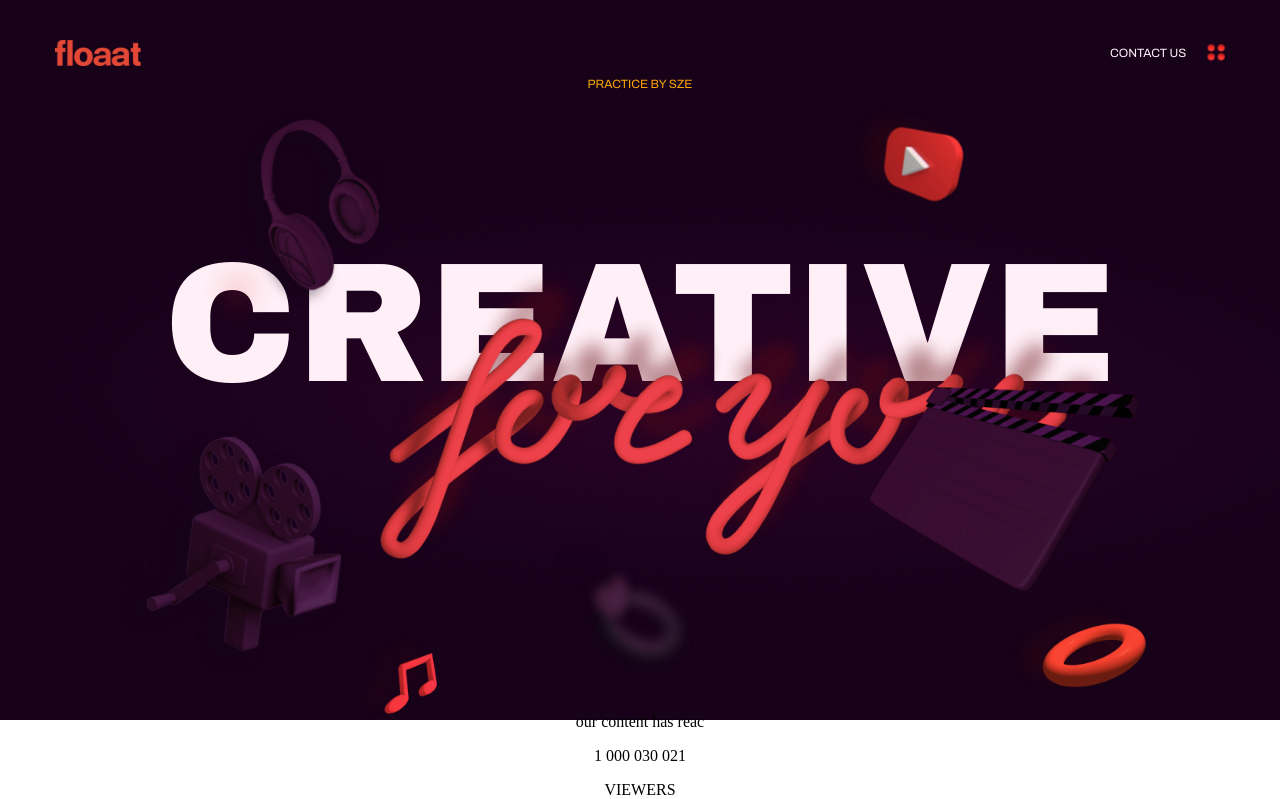
Repository: skydevil1604/next-page-no-adaptive
Page: app/index.html
These files come from the project's save history. The page is drawn as it stood at one moment and after the next save; the edit follows.
The browser window is 1280 px wide. The pictures show the whole page.
Some web libraries are served in a nearby version. The style sheet was rebuilt from its Sass, Less or Tailwind sources for each picture, by a compiler version that may differ from the author's.

Above is the page before, as saved 2020-01-03 04:08:55.

After the next save:
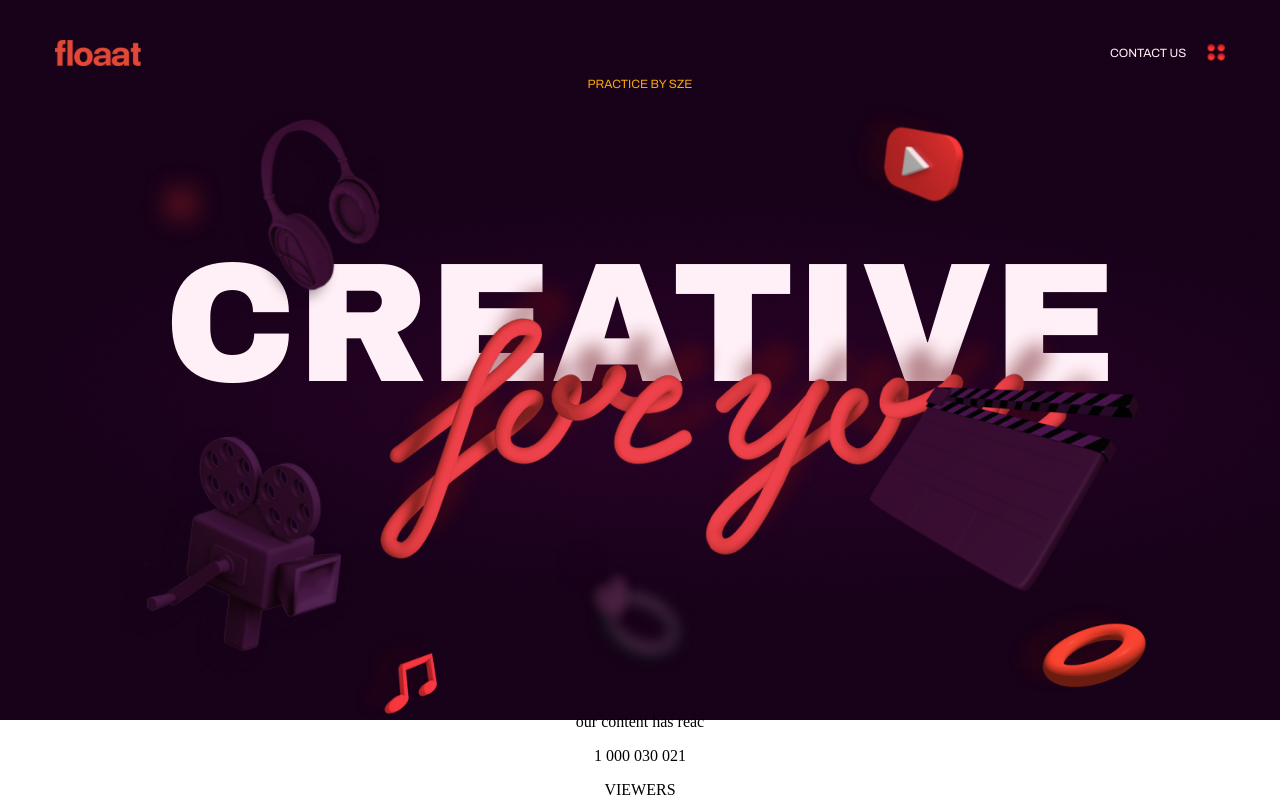
Saved 2 min 0 s later.
--- a/app/sass/main.scss
+++ b/app/sass/main.scss
@@ -209,9 +209,8 @@
         position: absolute;
         width: 22px;
         height: 22px;
-        left: 172px;
-        top: 202px;
-        opacity: 0.48;
+        left: 115px;
+        top: 115px;
         filter: blur(14px);
     }
     &__dot-blur-image {
